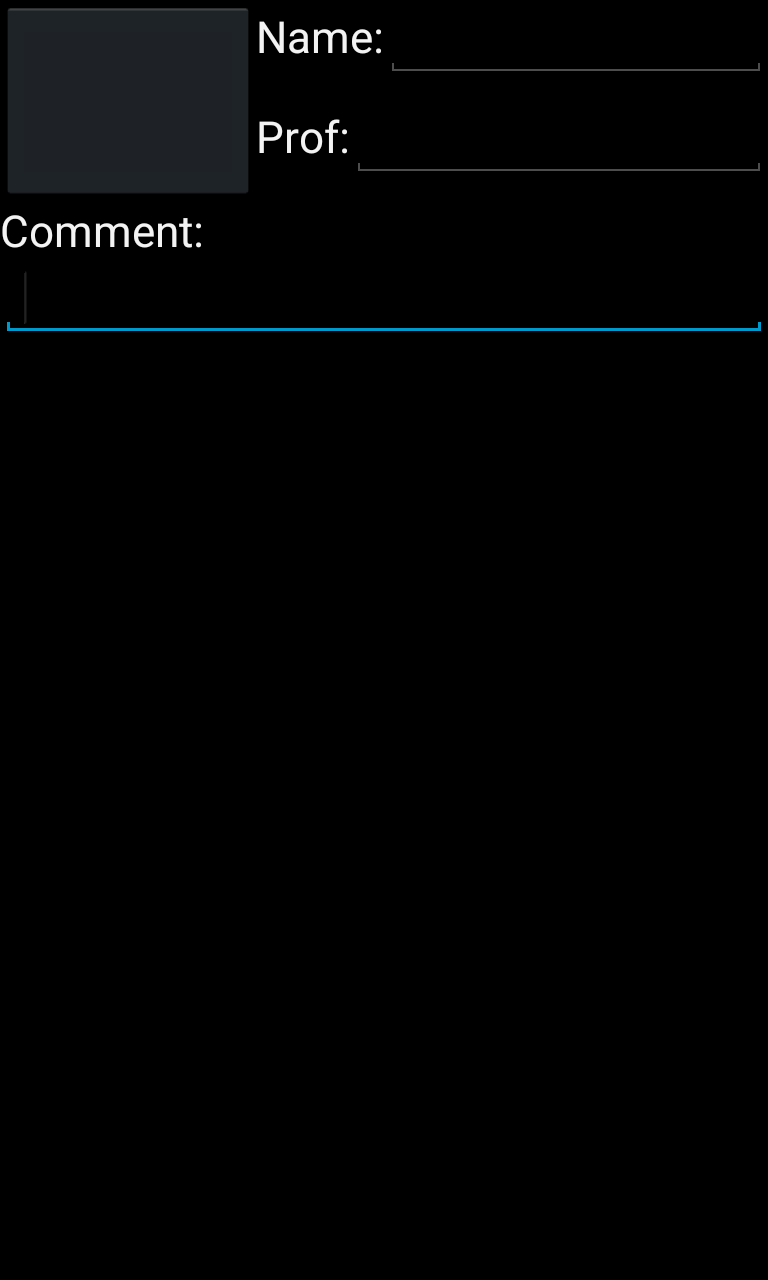
Repository: prayasjain/BunkMonitorApp
Layout: BunkMonitor/res/layout/subject_input.xml
An editor plug-in stored every save of this project. The layout is shown before and after the next save, followed by the edit.
It is drawn on a 768 x 1280 px phone screen (xhdpi) without system bars, with theme android:Theme.Holo; the app's code is not run.

Above is the layout before, as saved 2015-08-05 11:04:24.

After the next save:
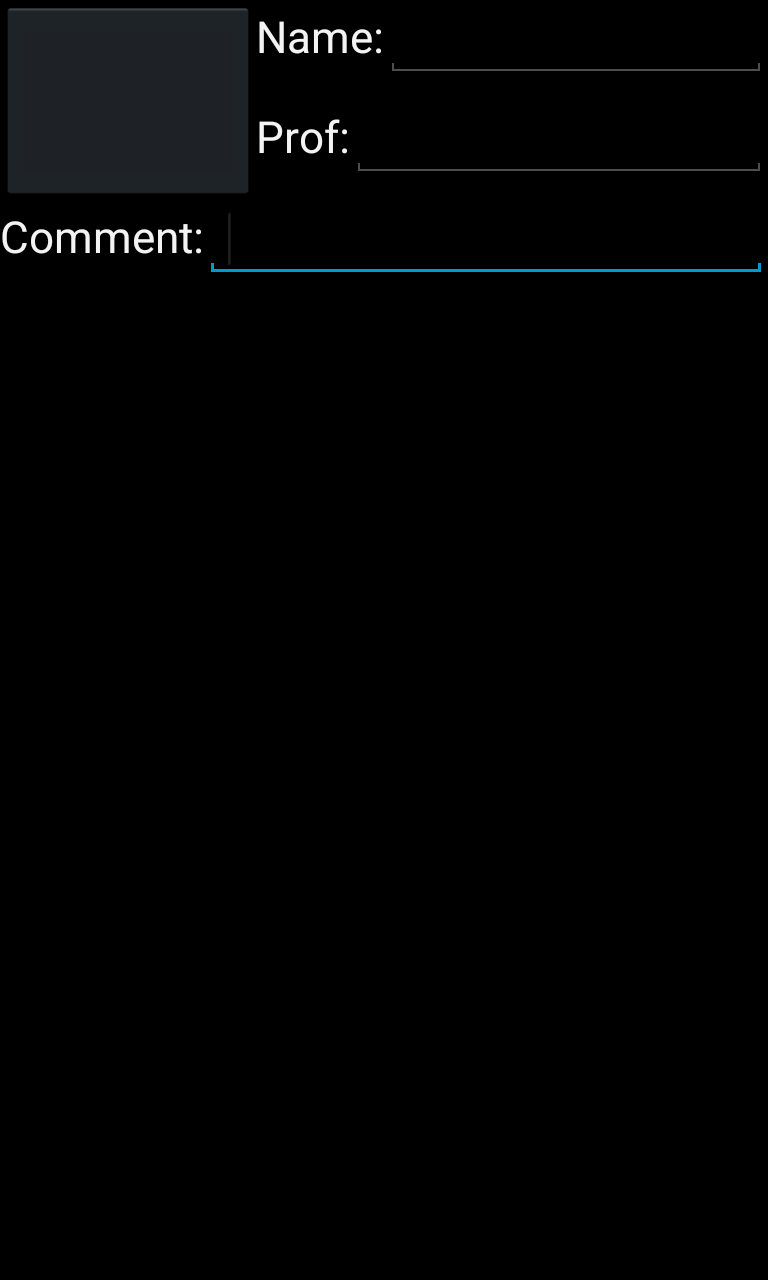
Saved 17 s later.
--- a/BunkMonitor/res/layout/subject_input.xml
+++ b/BunkMonitor/res/layout/subject_input.xml
@@ -65,9 +65,7 @@
         android:layout_width="match_parent"
         android:layout_height="wrap_content"
         android:orientation="horizontal" >
-    </LinearLayout>
-
-    <TextView
+        <TextView
         android:layout_width="wrap_content"
         android:layout_height="wrap_content"
         android:text="Comment:"
@@ -82,4 +80,7 @@
         <requestFocus />
     </EditText>
 
+    </LinearLayout>
+
+
 </LinearLayout>
